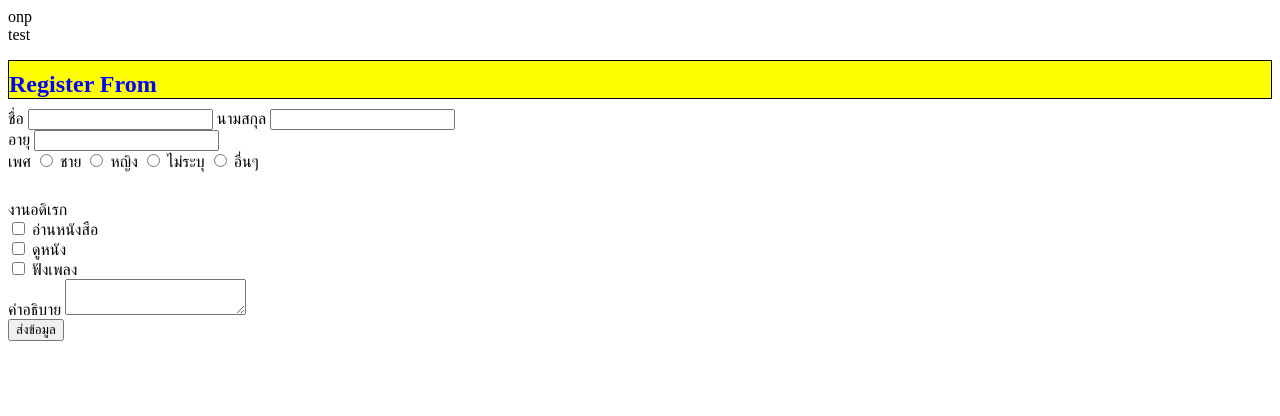
Repository: Onpreeya1/241-2567-820-
Page: index.html
These files come from the project's save history. The page is drawn as it stood at one moment and after a run of saves; the edit follows.
The browser window is 1280 px wide. The pictures show the whole page.

Above is the page before, as saved 2024-12-21 15:29:04.

After the next 7 saves:
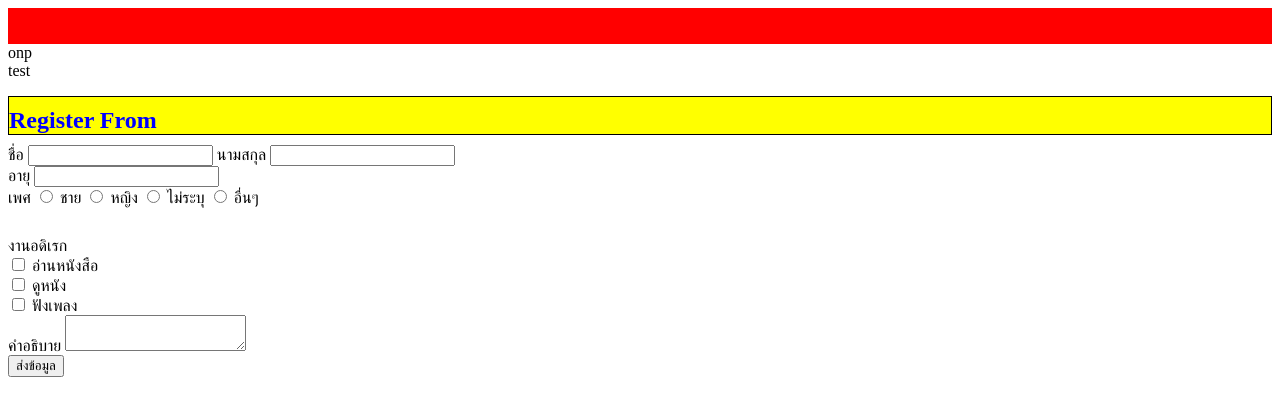
The 7 saves are shown as one change because they came seconds apart.
The last was saved 22 s later.
--- a/index.html
+++ b/index.html
@@ -39,6 +39,7 @@
 </head>
 
 <body>
+    <div class="box"></div>
     <div class="right">
         onp
     </div>
